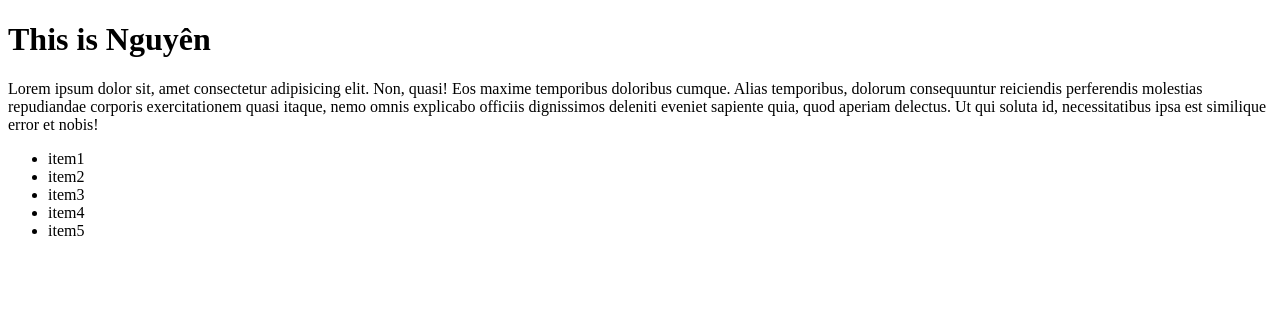
Repository: KhoiNguyen77/JS-C-Ba-n
Page: index.html
These files come from the project's save history. The page is drawn as it stood at one moment and after a run of saves; the edit follows.
The browser window is 1280 px wide. The pictures show the whole page.

Above is the page before, as saved 2023-03-28 09:29:27.

After the next 2 saves:
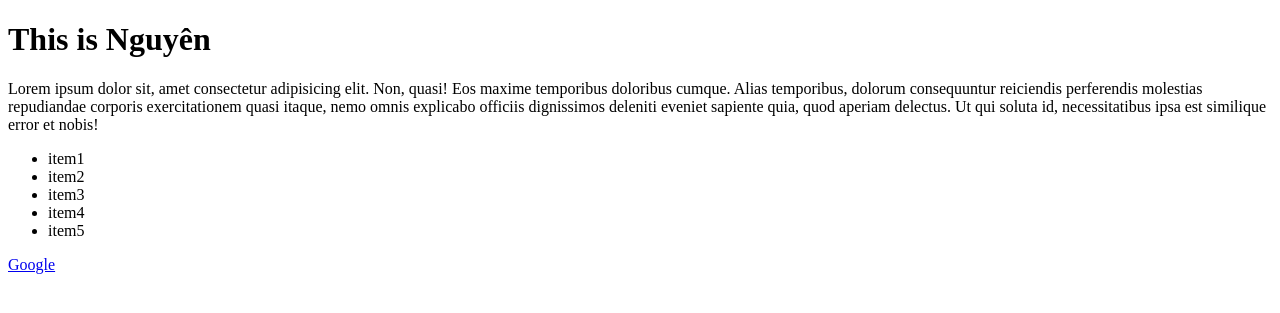
The 2 saves are shown as one change because they came seconds apart.
The last was saved 5 min 39 s later.
--- a/index.html
+++ b/index.html
@@ -24,6 +24,7 @@
       <li class="item">item4</li>
       <li class="item">item5</li>
     </ul>
+    <a href="gooogle.com.vn">Google</a>
     <script src="./index.js"></script>
   </body>
 </html>
